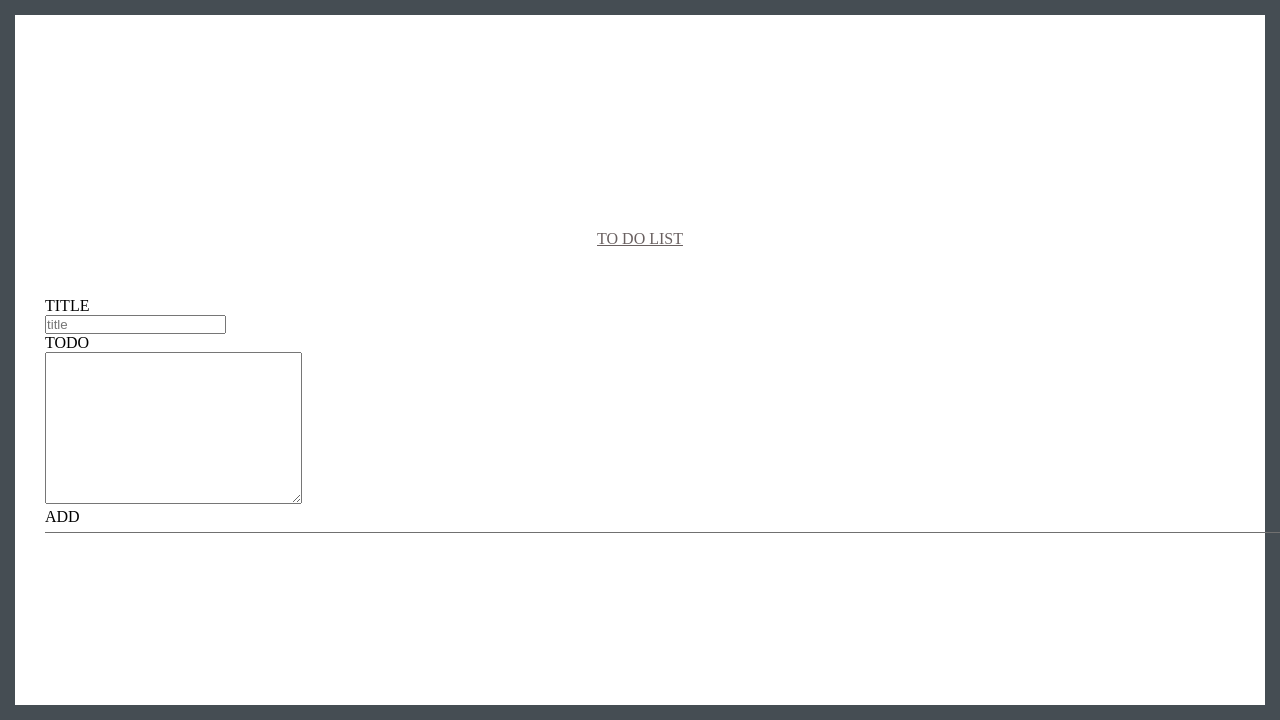
Repository: NagataRyuji0630/shinjin-otameshi
Page: todo_white_board.html
These files come from the project's save history. The page is drawn as it stood at one moment and after the next save; the edit follows.
The browser window is 1280 px wide. The pictures show the whole page.

Above is the page before, as saved 2020-06-11 22:38:19.
Not found: todoWhiteBoard.js

After the next save:
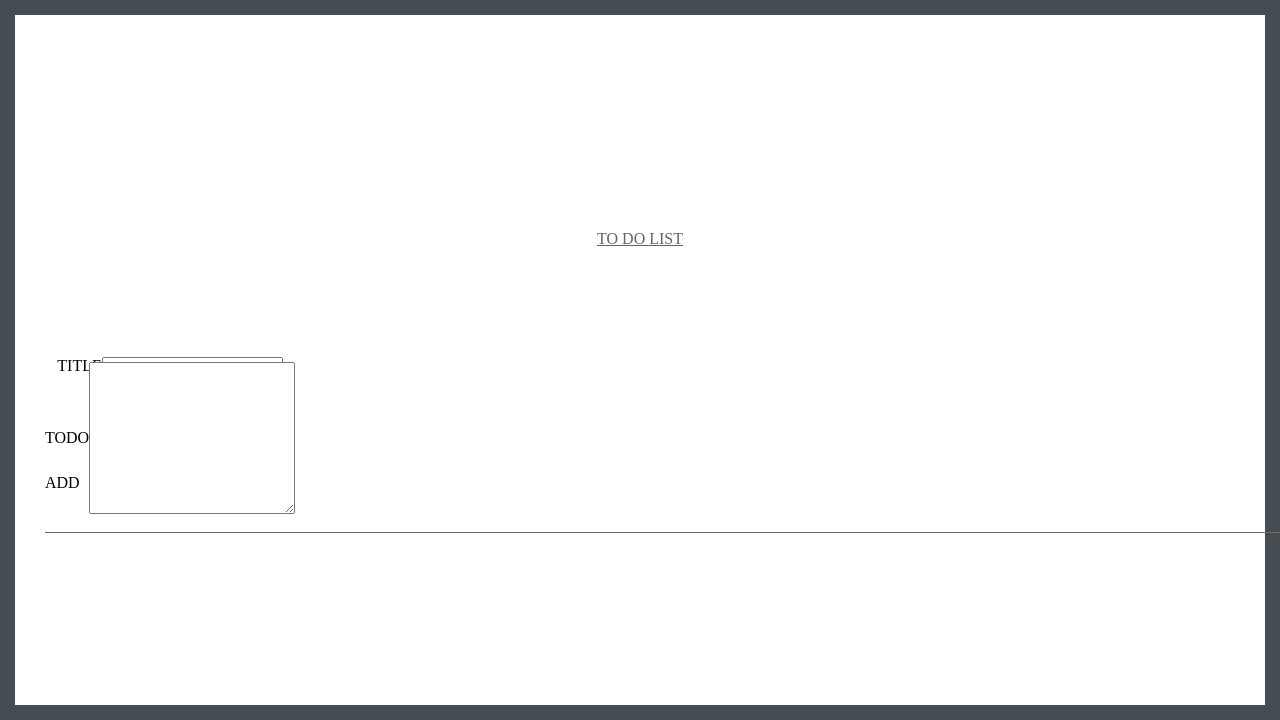
Saved 47 s later.
--- a/todo_white_board.html
+++ b/todo_white_board.html
@@ -13,20 +13,20 @@
 </head>
 
 <body>
-    <div class="white_board">
+    <div class="white_board display_flex_justify direction_colum">
 
-        <div id="board_title_container">
+        <div id="board_title_container" class="display_flex_all">
             <div id="board_title">TO DO LIST</div>
         </div>
 
         <div id="form_container">
 
-            <div class="input_container">
+            <div class="input_content">
                 <div class="input_title">TITLE</div>
                 <input id="todo_title" type="text" placeholder="title" />
             </div>
 
-            <div class="input_container">
+            <div class="input_content">
                 <div class="input_title">TODO</div>
                 <textarea id="todo_detail" cols="30" rows="10"></textarea>
             </div>
